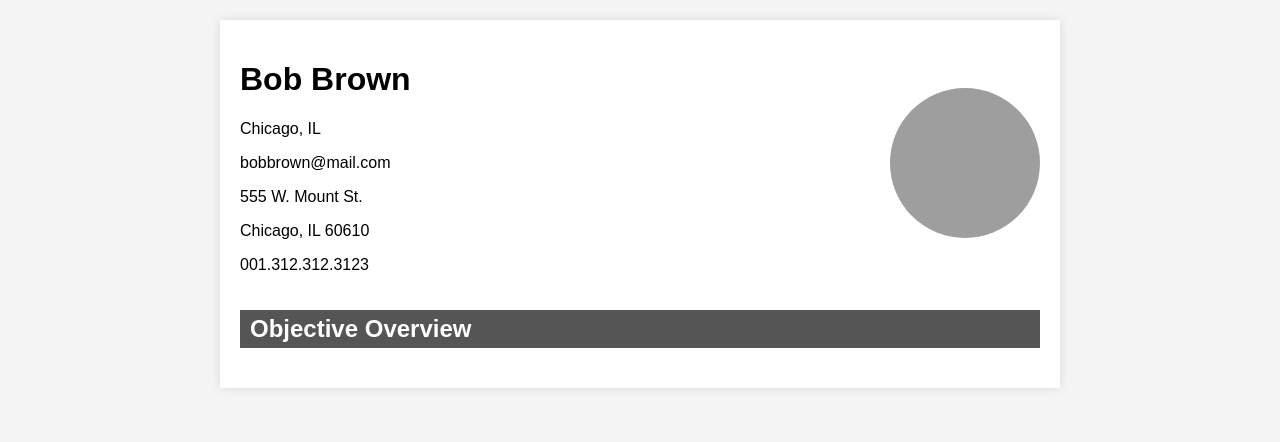
Repository: Gibekkk/WebPro
Page: Tugas Lab 1 (2)/index.html
An editor plug-in stored every save of this project. The page is shown before and after the next save, followed by the edit.
The browser window is 1280 px wide. The pictures show the whole page.
Pictures or frames that could not be fetched are drawn as grey boxes.

Above is the page before, as saved 2024-03-25 13:10:26.

After the next save:
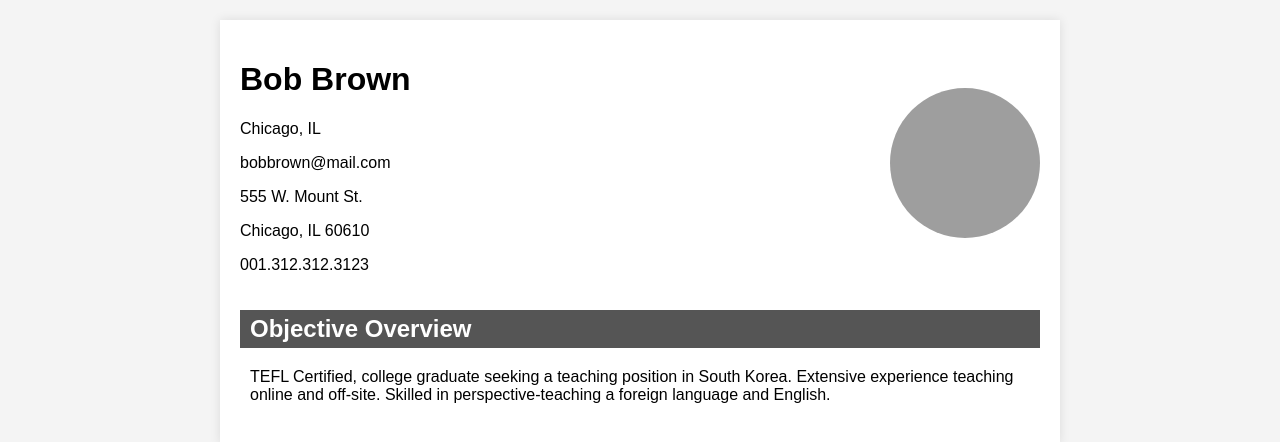
Saved 3 s later.
--- a/Tugas Lab 1 (2)/index.html
+++ b/Tugas Lab 1 (2)/index.html
@@ -78,3 +78,10 @@
   <div class="section">
     <h2 class="section-title">Objective Overview</h2>
     <div class="section-content">
+      <p>TEFL Certified, college graduate seeking a teaching position in South Korea. Extensive experience teaching online and off-site. Skilled in perspective-teaching a foreign language and English.</p>
+    </div>
+  </div>
+  <!-- More sections can be added here following the same structure -->
+</div>
+</body>
+</html>
